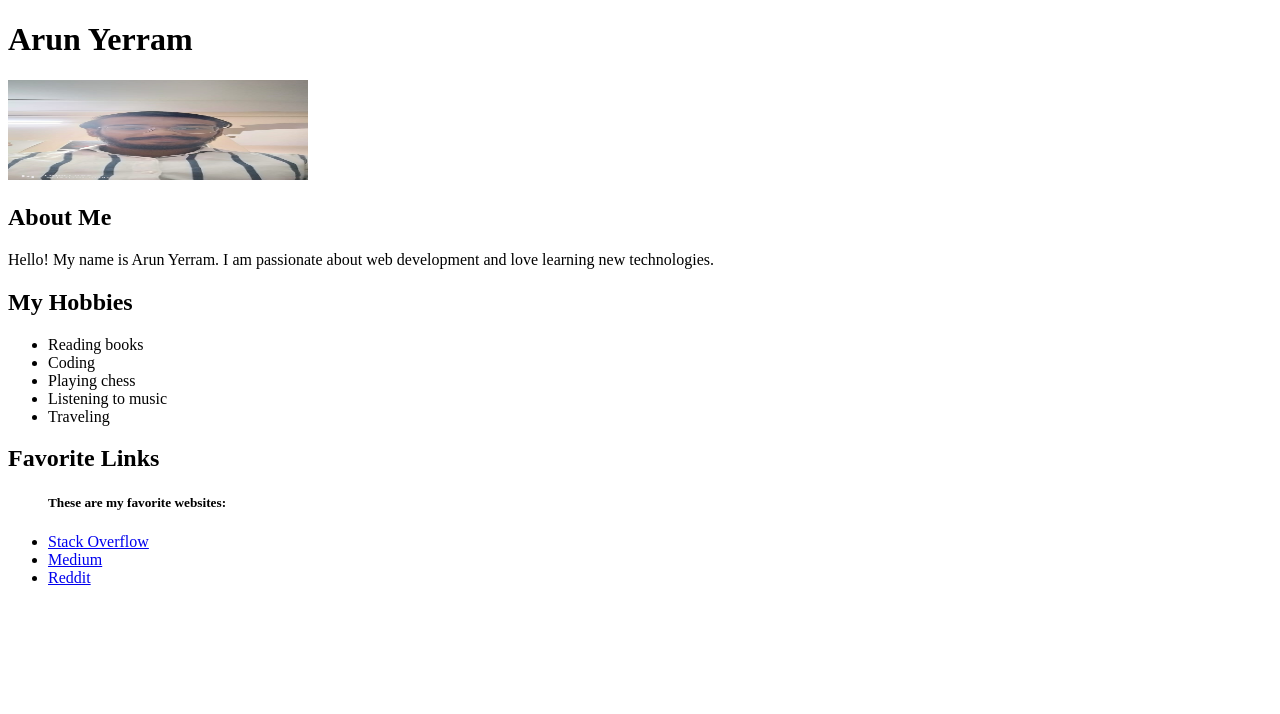
Repository: arunyerram/Web-TEChnologies
Page: Exercise2.html
The author's editor kept a copy of each file at every save. The page is drawn from the files as they stood at one save, then again after a run of saves.
The browser window is 1280 px wide. The pictures show the whole page.

Above is the page before, as saved 2025-02-12 17:26:19.

### Exercise2.html
<!DOCTYPE html>
<html lang="en">
<head>
    <meta charset="UTF-8">
    <meta name="viewport" content="width=device-width, initial-scale=1.0">
    <title>My Biography</title>
</head>
<body>

    <h1>Arun Yerram</h1>

    <img src="/Arun.jpg" alt="My Photo" width="300" height="100px">

    <h2>About Me</h2>

    <p>Hello! My name is Arun Yerram. I am passionate about web development and love learning new technologies.</p>

    <h2>My Hobbies</h2>

    <ul>
        <li>Reading books</li>
        <li>Coding</li>
        <li>Playing chess</li>
        <li>Listening to music</li>
        <li>Traveling</li>
    </ul>

    <h2>Favorite Links</h2>

    <ul>
        <h5>These are my favorite websites:</h5>
        <li><a href="https://www.stackoverflow.com" target="_blank">Stack Overflow</a></li>
        <li><a href="https://www.medium.com" target="_blank">Medium</a></li>
        <li><a href="https://www.reddit.com" target="_blank">Reddit</a></li>
    </ul>

</body>
</html>

After the next 2 saves:
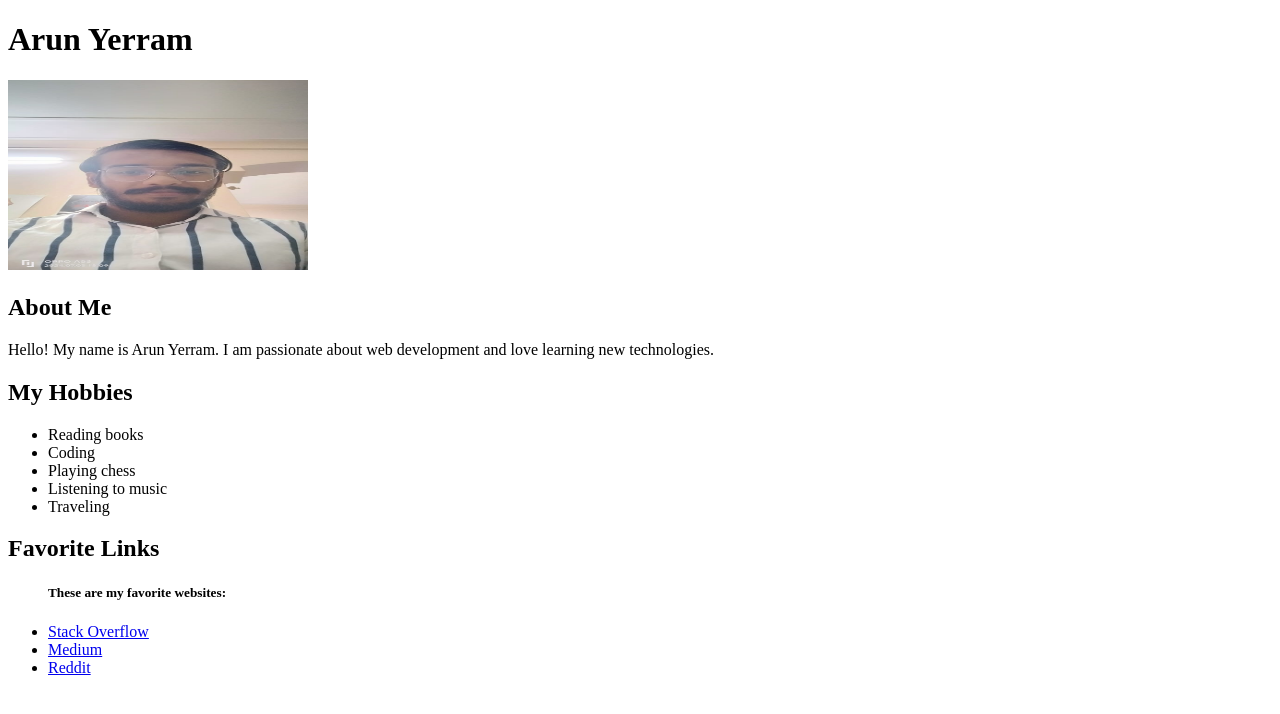
The 2 saves are shown as one change because they came seconds apart.
The last was saved 7 s later.
--- a/Exercise2.html
+++ b/Exercise2.html
@@ -9,7 +9,7 @@
 
     <h1>Arun Yerram</h1>
 
-    <img src="/Arun.jpg" alt="My Photo" width="300" height="100px">
+    <img src="/Arun.jpg" alt="My Photo" width="300" height="190px">
 
     <h2>About Me</h2>
 
